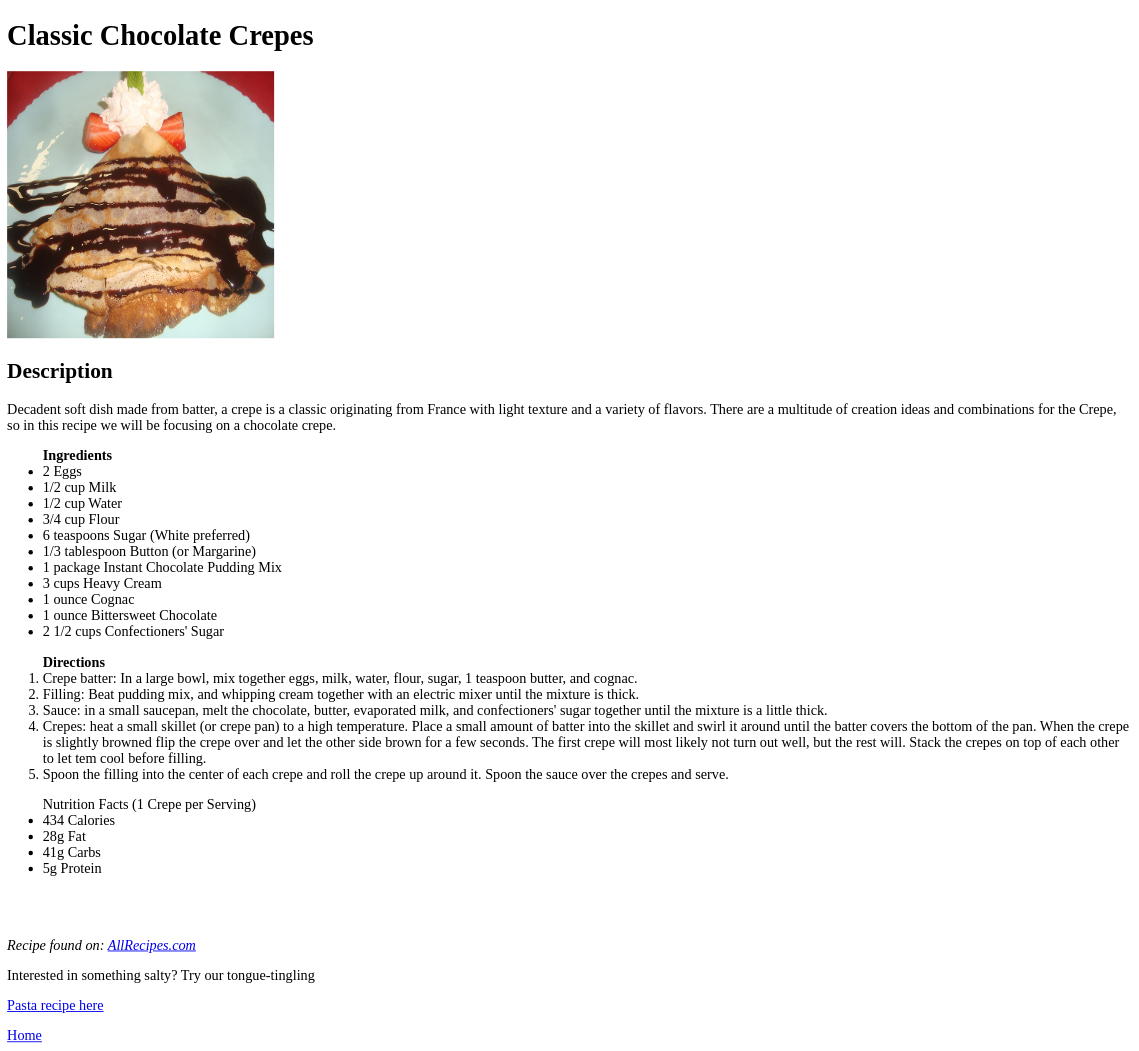
Repository: Mervens/odin-recipes
Page: recipes/crepe.html
An editor plug-in stored every save of this project. The page is shown before and after the next save, followed by the edit.
The browser window is 1280 px wide. The pictures show the whole page, at 89% of full size.

Above is the page before, as saved 2025-06-18 11:44:40.

After the next save:
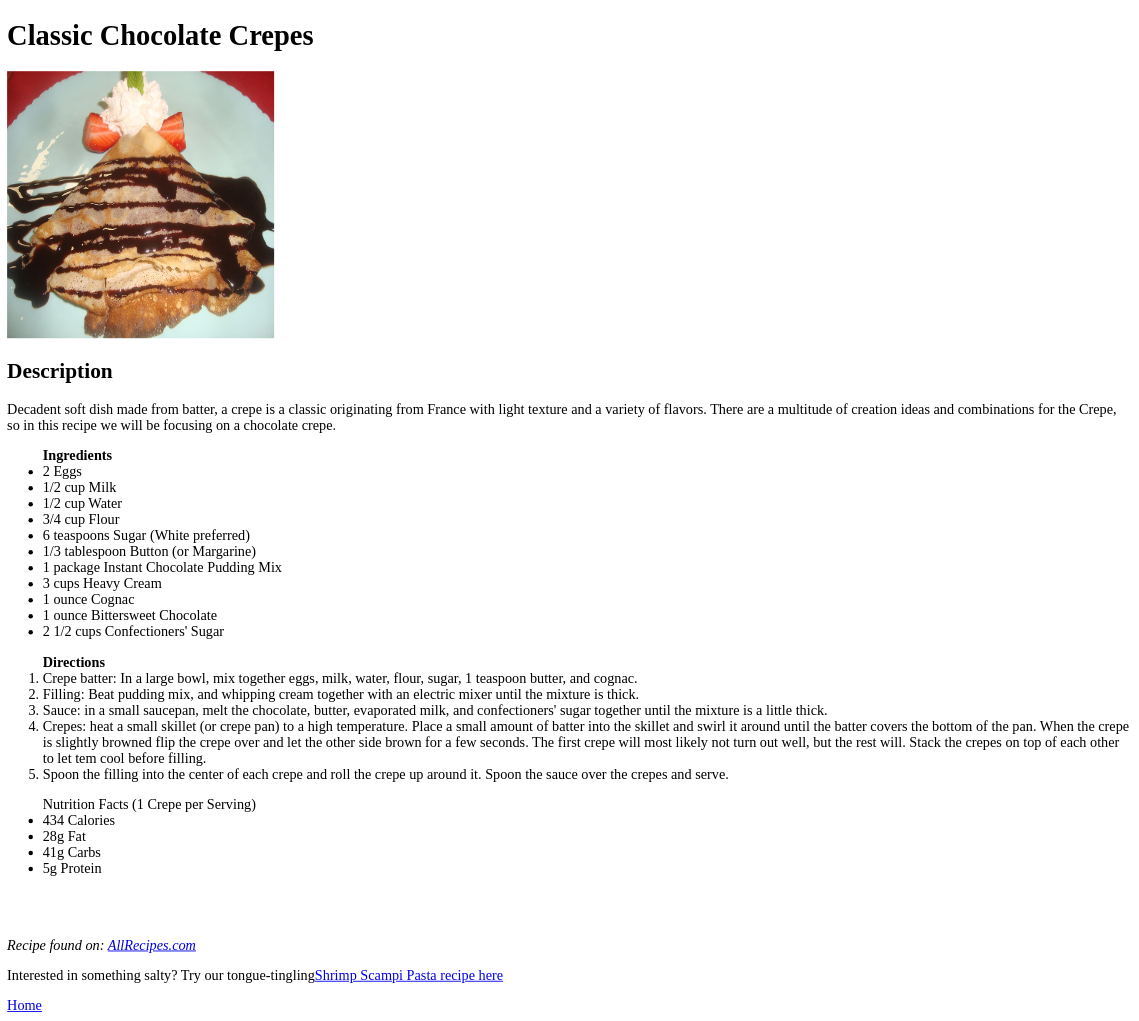
Saved 14 s later.
--- a/recipes/crepe.html
+++ b/recipes/crepe.html
@@ -66,7 +66,8 @@
             <a href="https://www.allrecipes.com/recipe/16054/chocolate-crepes/">AllRecipes.com</em>
     </p>
     </a>
-    <p>Interested in something salty? Try our tongue-tingling</p><a href="../recipes/pasta.html">Pasta recipe here</a>
+    <p>Interested in something salty? Try our tongue-tingling<a href="../recipes/pasta.html">Shrimp Scampi Pasta recipe
+            here</a>
     </p>
     <a href="../index.html">Home</a>
 
